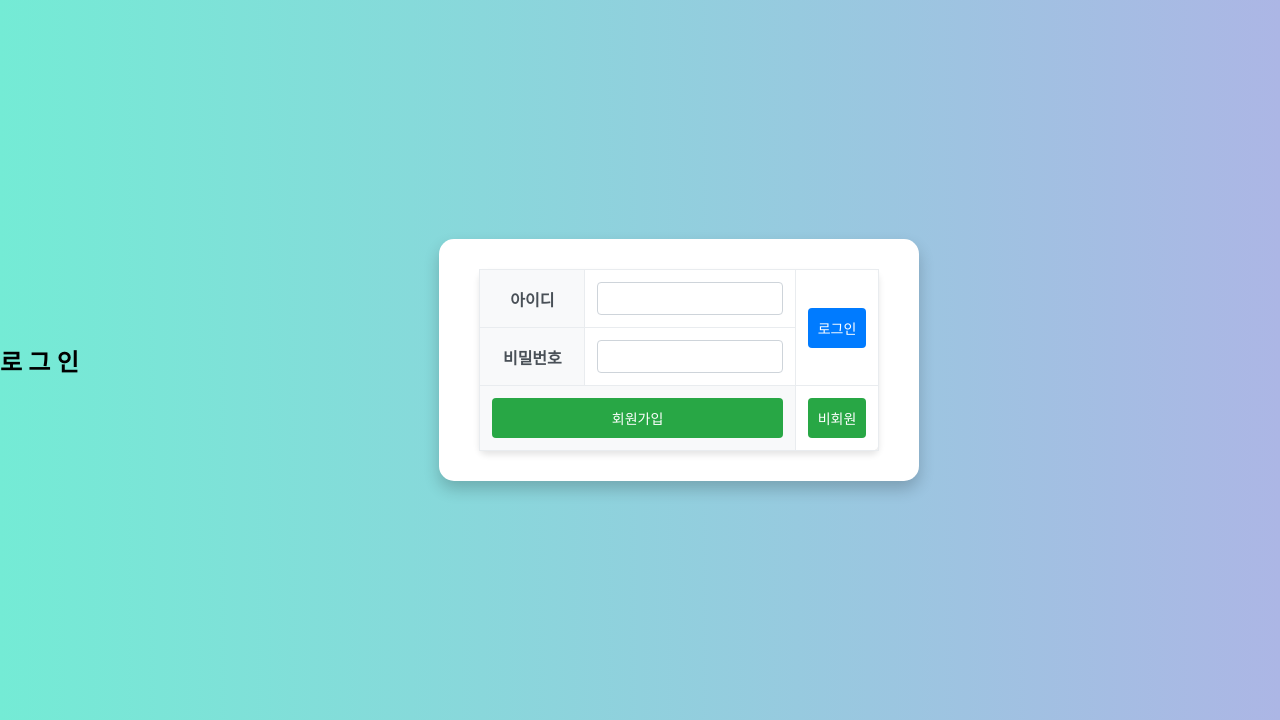
Repository: 1plus1equals3-true/Board-temp
Page: http://localhost/jsp/member/Login.jsp
An editor plug-in stored every save of this project. The page is shown before and after the next save, followed by the edit.
The browser window is 1280 px wide. The pictures show the whole page.
The page is served by Tomcat 9.

Above is the page before, as saved 2025-09-10 08:03:52.

After the next save:
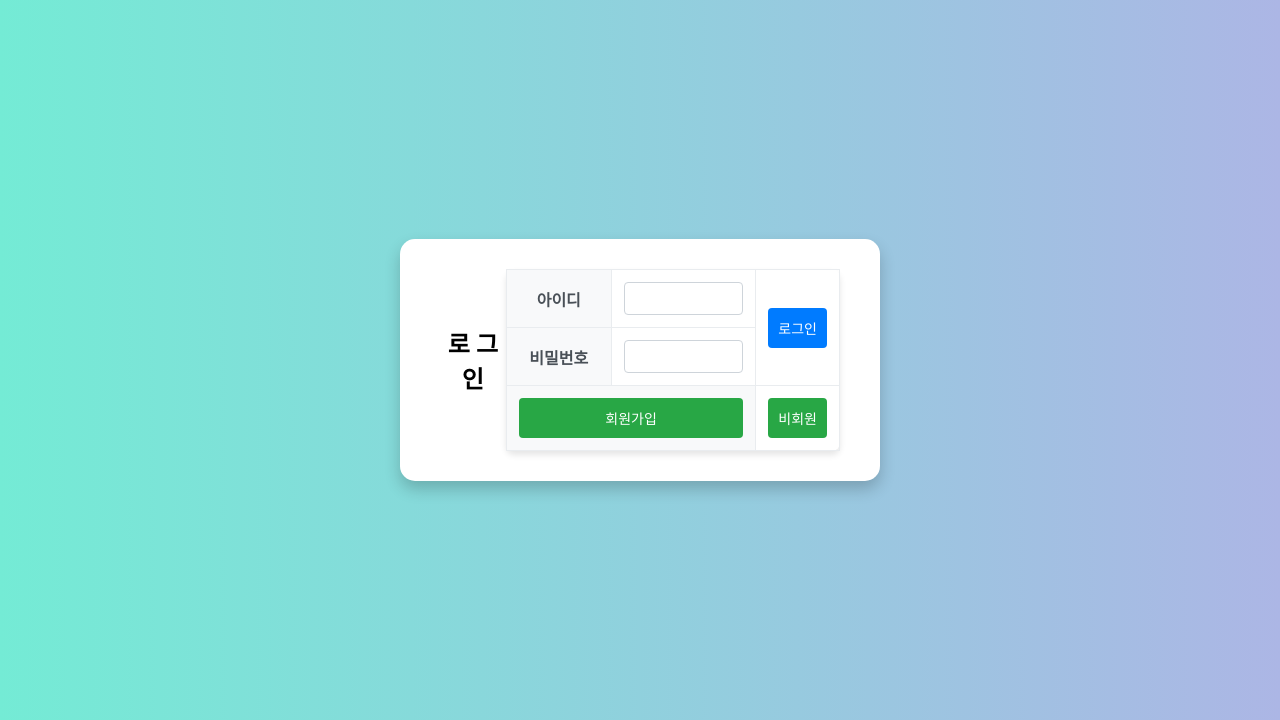
Saved 29 s later.
--- a/jsp/src/main/webapp/member/Login.jsp
+++ b/jsp/src/main/webapp/member/Login.jsp
@@ -110,9 +110,10 @@ body {
 </head>
 <body>
 
-	<h2 style="text-align: center;">로 그 인</h2>
+
 
 	<form action="Login_proc.jsp" method="post" class="login-form">
+		<h2 style="text-align: center;">로 그 인</h2>
 		<table>
 
 		<tr>
